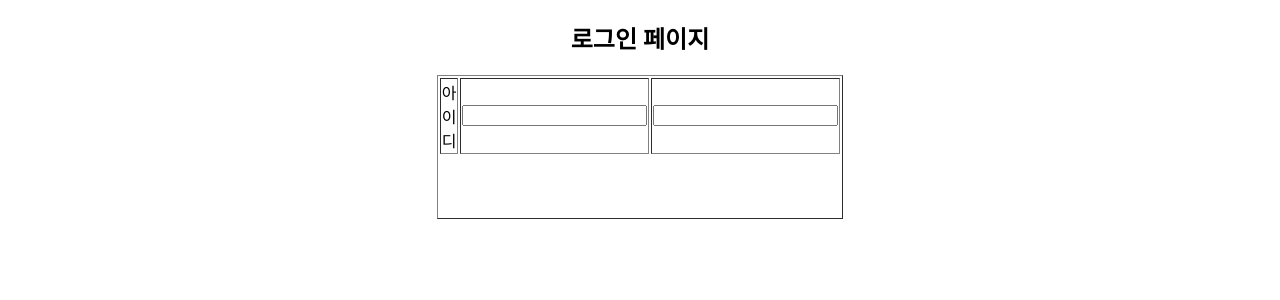
Repository: SuperHamzzi/JSPStudy
Page: http://localhost/JSP01/RequestLogin.jsp
The author's editor kept a copy of each file at every save. The page is drawn from the files as they stood at one save, then again after the next save.
The browser window is 1280 px wide. The pictures show the whole page.
The page is served by Tomcat 9.

Above is the page before, as saved 2023-06-04 08:26:03.

### JSP01/WebContent/RequestLogin.jsp
<%@ page language="java" contentType="text/html; charset=EUC-KR"
    pageEncoding="EUC-KR"%>
<!DOCTYPE html>
<html>
<head>
<meta charset="EUC-KR">
<title>Insert title here</title>
</head>
<body>

	<center>
	<h2> 로그인 페이지 </h2>
	<form action="RequestLoginProc.jsp" method="get">
	<table width="300" border=1>
	<tr height="60">
		<td align="center" width="150"> 아이디</td>
		<td align="left" width="250">
			<input type="text" name="id">
		</td>
		<td align="left" width="250">
			<input type="text" name="id">
		</td>
	</tr>
	<tr height="60">
	</tr>

	</table>

	</form>
	</center>

</body>
</html>

After the next save:
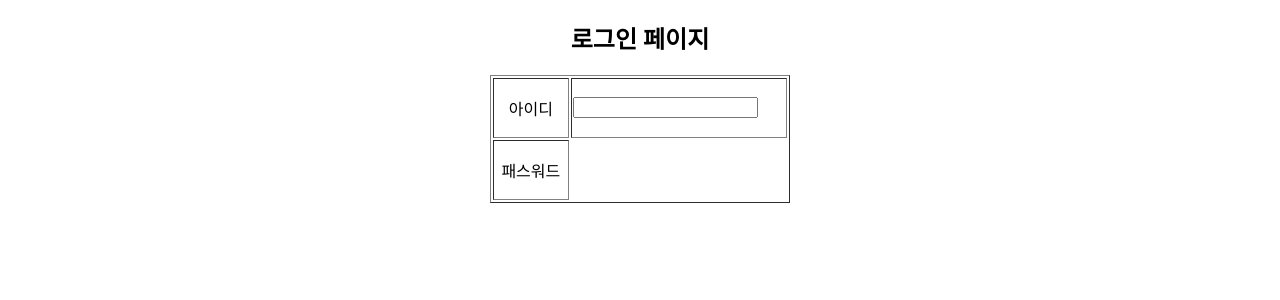
Saved 23 s later.
--- a/JSP01/WebContent/RequestLogin.jsp
+++ b/JSP01/WebContent/RequestLogin.jsp
@@ -17,11 +17,9 @@
 		<td align="left" width="250">
 			<input type="text" name="id">
 		</td>
-		<td align="left" width="250">
-			<input type="text" name="id">
-		</td>
 	</tr>
 	<tr height="60">
+		<td align="center" width="150">패스워드</td>
 	</tr>
 
 	</table>
